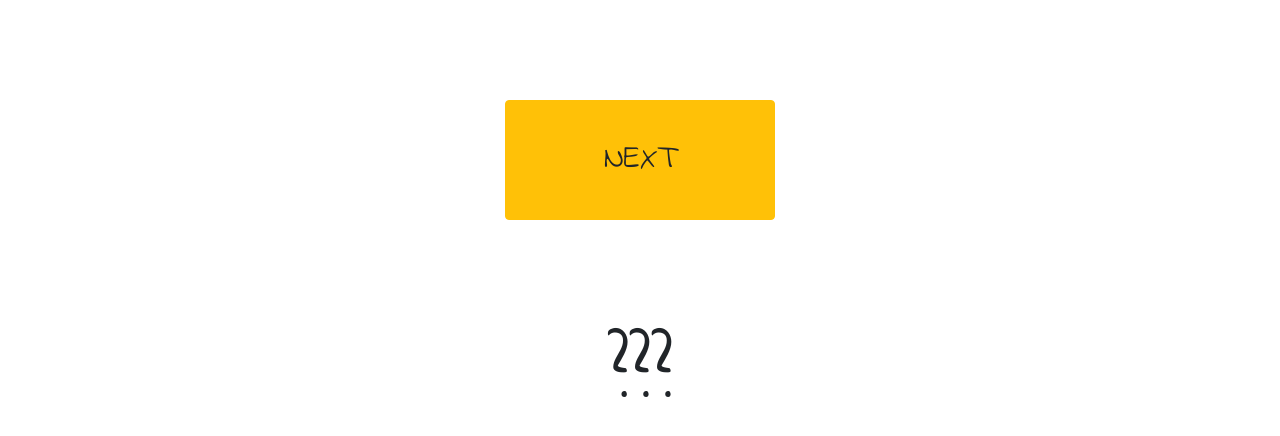
Repository: TaylorD1982/randomizer
Page: index.html
The author's editor kept a record of every edit. The page is drawn from the files as they stood at one moment, then again after the next edit.
The browser window is 1280 px wide. The pictures show the whole page.
Some web libraries are served in a nearby version.

Above is the page before.

### index.html
<!DOCTYPE html>
<html lang="en">

<head>
    <meta charset="UTF-8">
    <meta name="viewport" content="width=device-width, initial-scale=1.0">
    <meta http-equiv="X-UA-Compatible" content="ie=edge">
    <title>Document</title>
    <link href="https://fonts.googleapis.com/css2?family=Indie+Flower&display=swap" rel="stylesheet">
    <link rel="stylesheet" href="https://maxcdn.bootstrapcdn.com/bootstrap/4.0.0/css/bootstrap.min.css" integrity="sha384-Gn5384xqQ1aoWXA+058RXPxPg6fy4IWvTNh0E263XmFcJlSAwiGgFAW/dAiS6JXm" crossorigin="anonymous">
    <link rel="stylesheet" href="style.css">
</head>

<body>
    <div class="container">
        <div class="row app">
            <div class="col">
                <button id="Button" type="button" class="btn btn-warning">
                      NEXT
                </button>
                <br>
                <br>
                <br>
                <div id="Answer" class="result">
                    ???
                </div>
            </div>
        </div>
    </div>
</body>
<script>
    // myArray initial content, as a global variable :
    var myArray = [
        'Al',
        'Bingham',
        'David',
        'Juliet',
        'Will',
        'Laura',
        'Lindsey',
        'Tom Hanks',
    ];

    // the event handler, randomly emptying myArray one at a time :
    document.getElementById("Button").onclick = function() {
        // check for an empty array :
        if (myArray.length > 0) {
            var optionsE = Math.floor(Math.random() * myArray.length);
            var removedE = myArray.splice(optionsE, 1);
            document.getElementById("Answer").innerHTML = removedE[0];
        }
        else {
            alert("GAME OVER!");
        }
    }
</script>
<script src="https://code.jquery.com/jquery-3.2.1.slim.min.js" integrity="sha384-KJ3o2DKtIkvYIK3UENzmM7KCkRr/rE9/Qpg6aAZGJwFDMVNA/GpGFF93hXpG5KkN" crossorigin="anonymous"></script>
<script src="https://cdnjs.cloudflare.com/ajax/libs/popper.js/1.12.9/umd/popper.min.js" integrity="sha384-ApNbgh9B+Y1QKtv3Rn7W3mgPxhU9K/ScQsAP7hUibX39j7fakFPskvXusvfa0b4Q" crossorigin="anonymous"></script>
<script src="https://maxcdn.bootstrapcdn.com/bootstrap/4.0.0/js/bootstrap.min.js" integrity="sha384-JZR6Spejh4U02d8jOt6vLEHfe/JQGiRRSQQxSfFWpi1MquVdAyjUar5+76PVCmYl" crossorigin="anonymous"></script>

</html>

### style.css
.app {
    padding-top: 50px;
    text-align: center;
}

.result {
    padding-top: 50px;
    font-family: 'Indie Flower', cursive;
    font-size: 5em;
}

.btn {
    width: 270px;
    height: 120px;
    font-family: 'Indie Flower', cursive;
    font-size: 2em;
    margin-top: 50px;
}

.title {
    font-family: 'Frijole', cursive;
    font-size: 3.5em;
}

After the next edit:
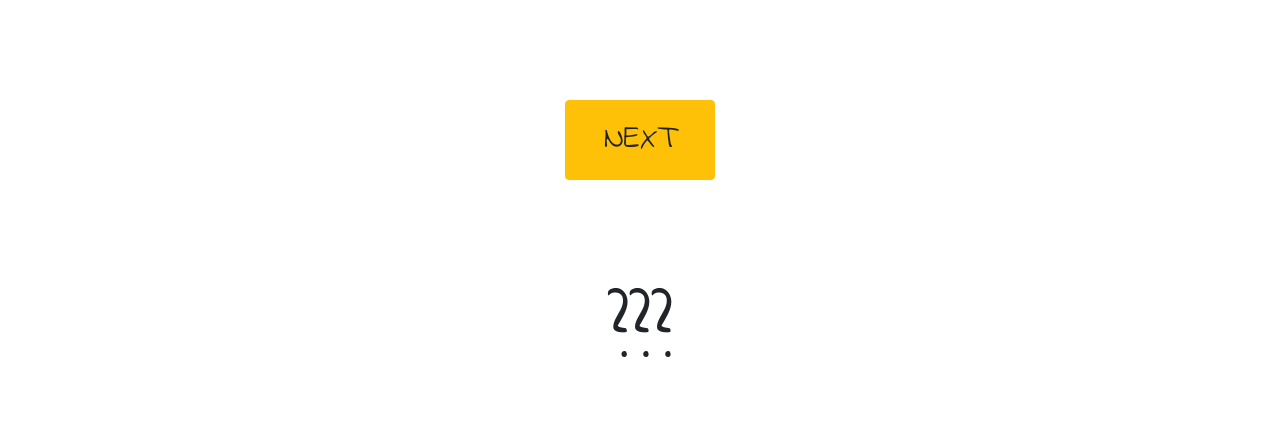
The edit:
--- a/style.css
+++ b/style.css
@@ -10,8 +10,8 @@
 }
 
 .btn {
-    width: 270px;
-    height: 120px;
+    width: 150px;
+    height: 80px;
     font-family: 'Indie Flower', cursive;
     font-size: 2em;
     margin-top: 50px;
